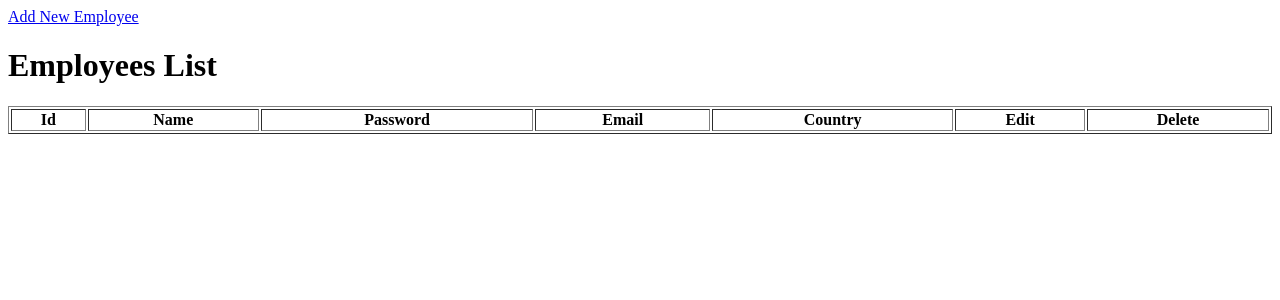
Repository: zeeshan495/AdvanceJava
Page: http://localhost/CrudServlets/displayServlet
These files come from the project's save history. The page is drawn as it stood at one moment and after the next save; the edit follows.
The browser window is 1280 px wide. The pictures show the whole page.
The page is served by Tomcat 9. Queries for data that is not in the repository find no rows.

Above is the page before, as saved 2018-06-30 05:43:14.

After the next save:
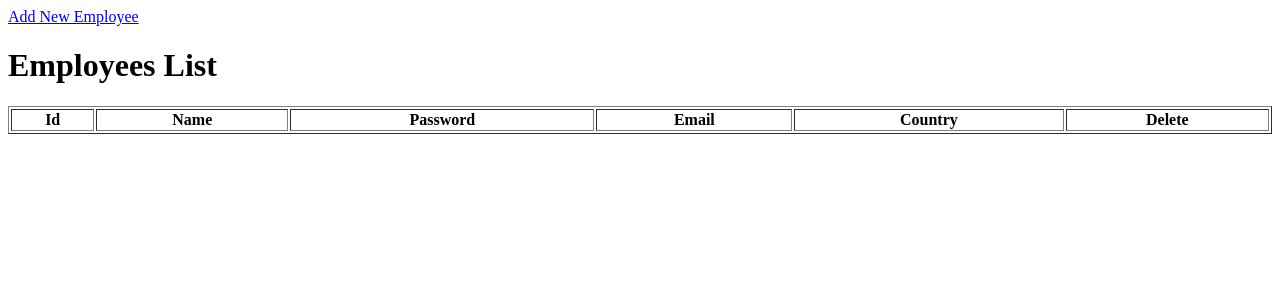
Saved 41 s later.
--- a/CrudServlets/src/com/bridgelabz/servletEmployee/DisplayServlet.java
+++ b/CrudServlets/src/com/bridgelabz/servletEmployee/DisplayServlet.java
@@ -24,7 +24,7 @@ public class DisplayServlet extends HttpServlet {
 			try {
 			list = DaoEmployees.getAllEmployees();
 	        out.print("<table border='1' width='100%'>");
-	        out.print("<tr><th>Id</th><th>Name</th><th>Password</th><th>Email</th><th>Country</th> <th>Edit</th><th>Delete</th></tr>");
+	        out.print("<tr><th>Id</th><th>Name</th><th>Password</th><th>Email</th><th>Country</th><th>Delete</th></tr>");
 	        for(PojoEmployee e:list){
 	         out.print("<tr><td>"+e.getId()+"</td><td>"+e.getName()+"</td><td>"+e.getId()+"</td><td>"+e.getMail()+"</td><td>"+e.getCountry()+"</td><td>"+e.getAge()+"</td><td>"+e.getNumber()+"<td><a href='DeleteServlet?id="+e.getId()+"'>delete</a></td></tr>");
 	        }
